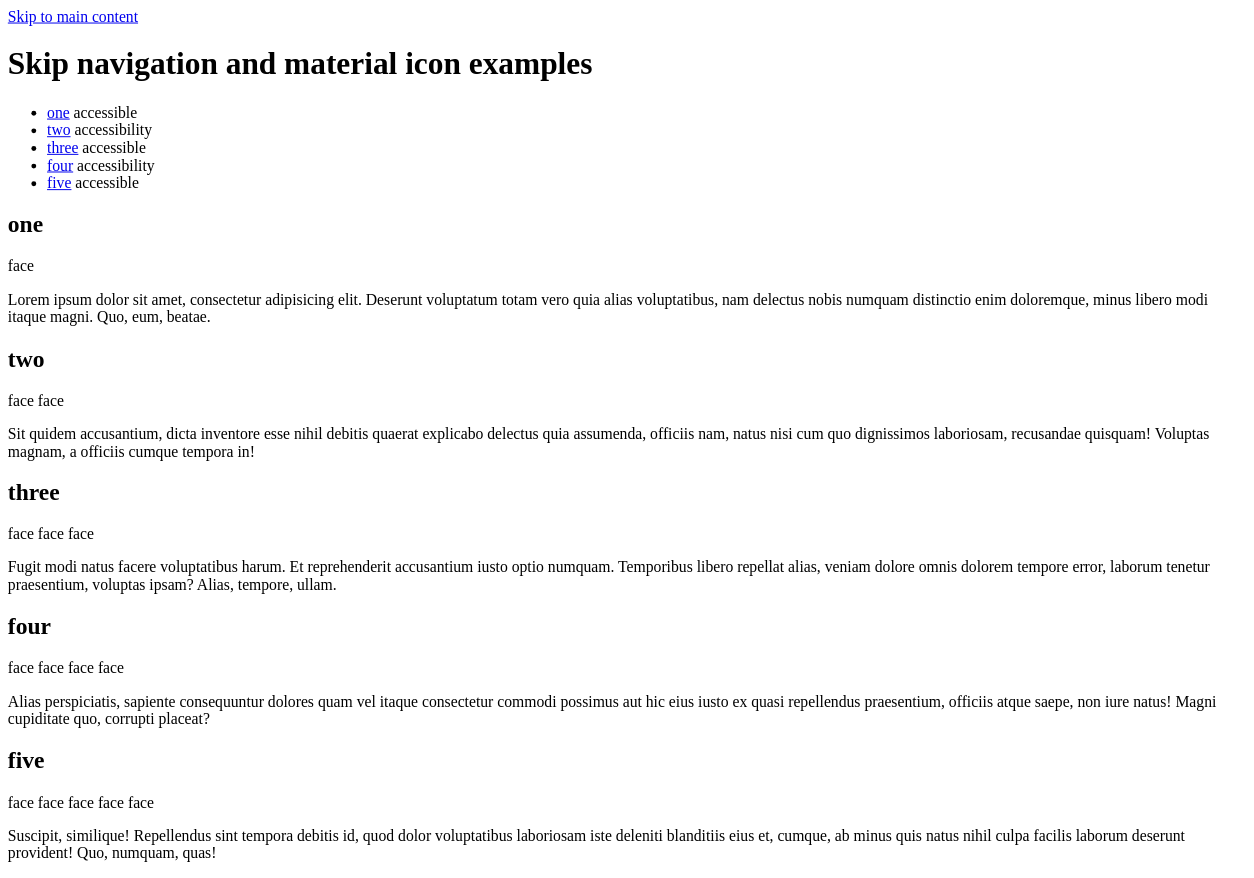
Repository: ethan-schrauf/UniversalDesignWebsite
Page: test.html
An editor plug-in stored every save of this project. The page is shown before and after the next save, followed by the edit.
The browser window is 1280 px wide. The pictures show the whole page, at 98% of full size.

Above is the page before, as saved 2023-10-16 18:02:23.
Not found: css/skip-nav.css

After the next save:
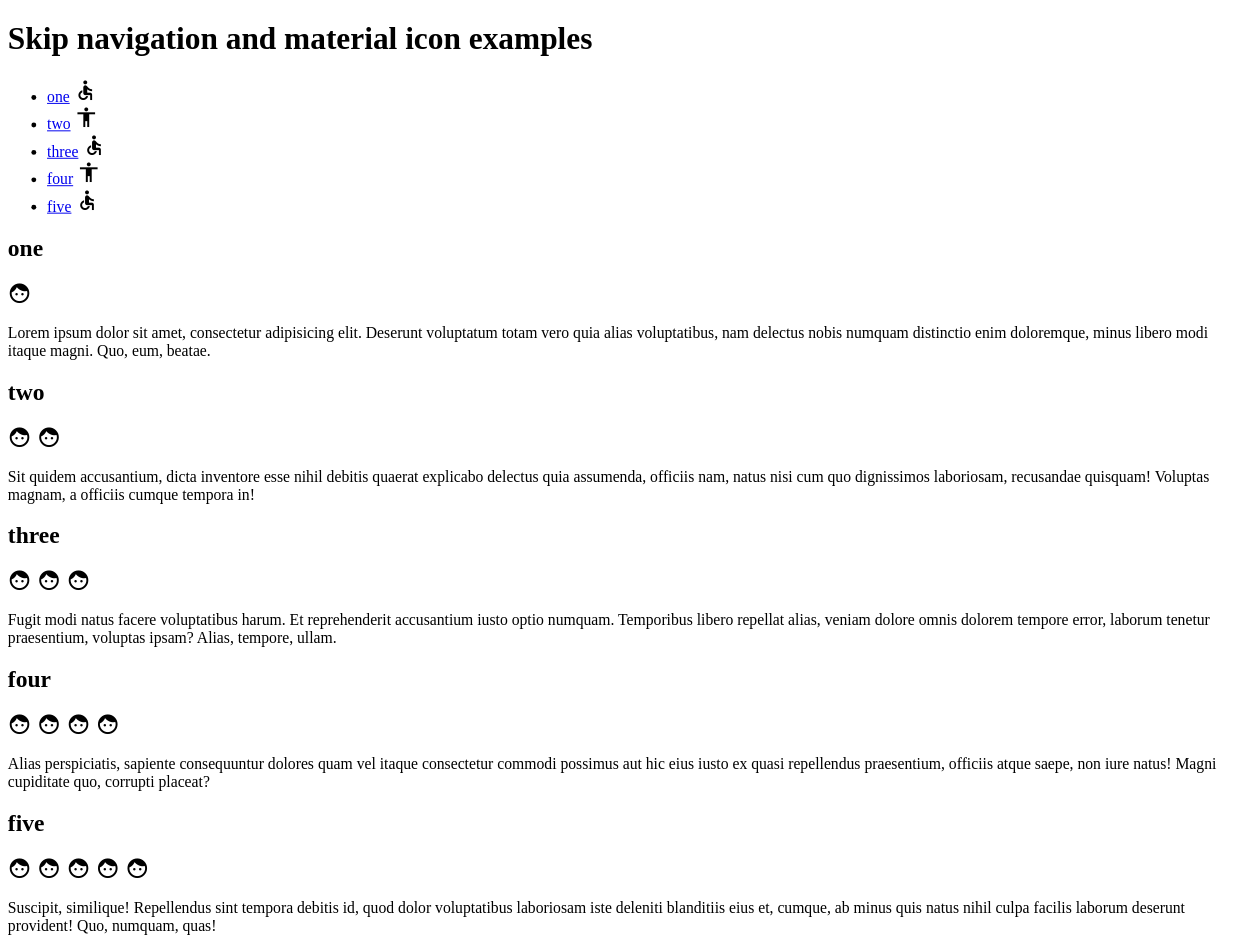
Saved 27 s later.
--- a/test.html
+++ b/test.html
@@ -6,7 +6,7 @@
   <meta name="viewport" content="width=device-width, initial-scale=1.0">
   <meta http-equiv="X-UA-Compatible" content="ie=edge">
   <title>Skip Navigation Material Icons</title>
-  <link href="css/skip-nav.css" rel="stylesheet">
+  <link href="test.css" rel="stylesheet">
 </head>
 <body>
   <a class="skip-link" href="#maincontent">Skip to main content</a>
